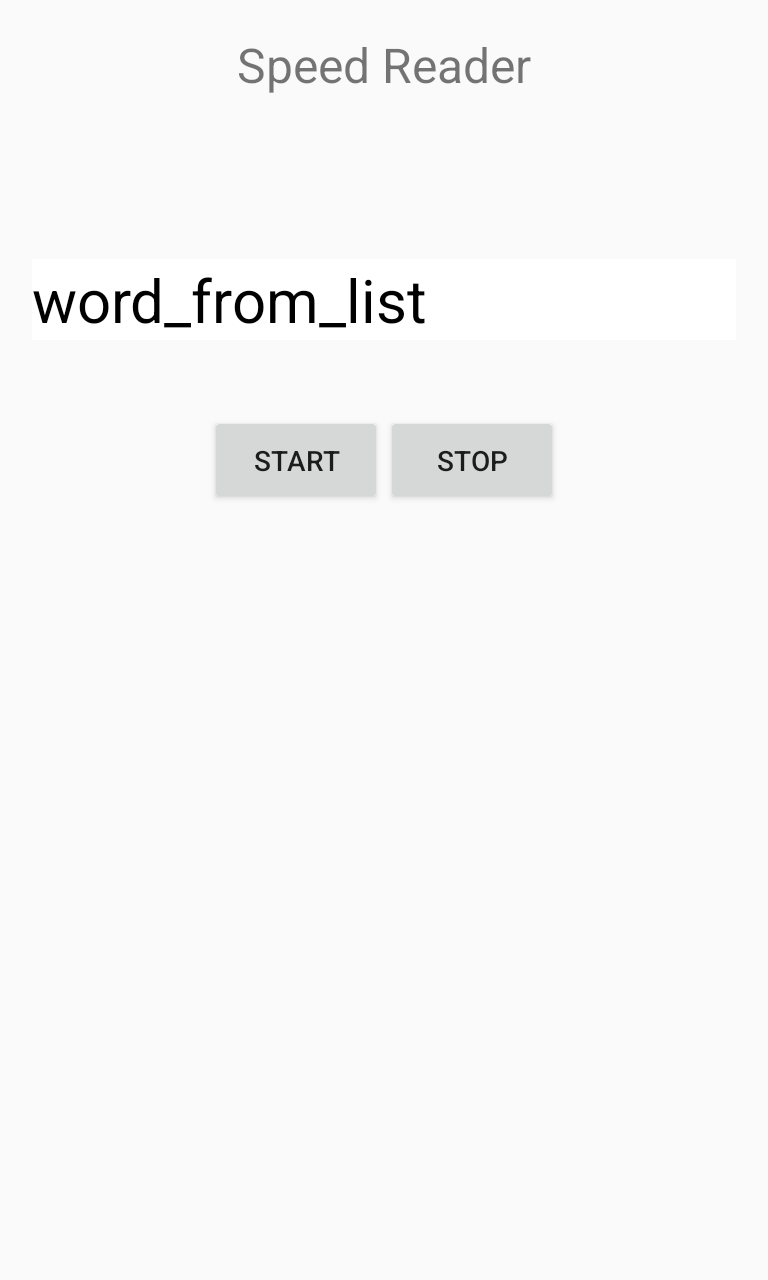
Repository: hdemby/workspace
Layout: SpeedReader/res/layout/activity_main.xml
An editor plug-in stored every save of this project. The layout is shown before and after the next save, followed by the edit.
It is drawn on a 768 x 1280 px phone screen (xhdpi) without system bars, with theme AppTheme; the app's code is not run. The app's manifest (not shown) leaves right-to-left support off. So textAlignment, textDirection and layoutDirection are ignored, and left and right values win over start and end ones.

Above is the layout before, as saved 2014-12-03 19:06:51.

### SpeedReader/res/layout/activity_main.xml
<RelativeLayout xmlns:android="http://schemas.android.com/apk/res/android"
    xmlns:tools="http://schemas.android.com/tools"
    android:layout_width="wrap_content"
    android:layout_height="wrap_content"
    android:paddingBottom="@dimen/activity_vertical_margin"
    android:paddingLeft="@dimen/activity_horizontal_margin"
    android:paddingRight="@dimen/activity_horizontal_margin"
    android:paddingTop="@dimen/activity_vertical_margin"
    tools:context="coursera.speedreader.MainActivity" >

    <LinearLayout
        android:id="@+id/linearLayout1"
        android:layout_width="wrap_content"
        android:layout_height="wrap_content"
        android:layout_centerHorizontal="true"
        android:layout_marginTop="154dp"
        android:orientation="vertical" >
    </LinearLayout>

    <LinearLayout
        android:id="@+id/linearLayout3"
        android:layout_width="wrap_content"
        android:layout_height="wrap_content"
        android:layout_alignTop="@+id/linearLayout1"
        android:layout_centerHorizontal="true"
        android:layout_marginTop="36dp" >

        <Button
            android:id="@+id/button1"
            android:layout_width="wrap_content"
            android:layout_height="wrap_content"
            android:layout_marginBottom="34dp"
            android:onClick="onStart"
            android:text="@string/start_btn" />

        <Button
            android:id="@+id/button2"
            android:layout_width="wrap_content"
            android:layout_height="wrap_content"
            android:text="@string/stop_btn" />
    </LinearLayout>

    <LinearLayout
        android:layout_width="match_parent"
        android:layout_height="wrap_content"
        android:layout_below="@+id/linearLayout3"
        android:layout_centerHorizontal="true"
        android:orientation="vertical" >

    </LinearLayout>

    <TextView
        android:id="@+id/TextView01"
        android:layout_width="match_parent"
        android:layout_height="wrap_content"
        android:layout_above="@+id/linearLayout3"
        android:layout_alignParentStart="true"
        android:layout_centerHorizontal="true"
        android:layout_toStartOf="@dimen/activity_horizontal_margin"
        android:background="#ffffffff"
        android:text="@string/window_word"
        android:textColor="#ff000000"
        android:textSize="30sp" />

    <TextView
        android:id="@+id/textView1"
        android:layout_width="wrap_content"
        android:layout_height="wrap_content"
        android:layout_alignParentTop="true"
        android:layout_centerHorizontal="true"
        android:text="@string/app_name"
        android:textSize="24sp" />

</RelativeLayout>

### SpeedReader/res/values/strings.xml
<?xml version="1.0" encoding="utf-8"?>
<resources>

    <string name="app_name">Speed Reader</string>
    <string name="hello_world">Hello world!</string>
    <string name="action_settings">Settings</string>
    <string name="window_word">word_from_list</string>
    <string name="content_text">This will be the text that is displayed word by word in the reading window.
        It will eventually be provided by reading a text file stored on the device.
        The words will be presented one at a time at a set rate of speed with an extra pause at the end
        of a sentence. I will later add controls to review wind the text to the last sentence.
        I will also be adding controls to save the text at the current point so the reader can
        resume at a later time. The ultimate version will provide feedback on reading rate,
        percentage completed and time spent reading. </string>
    <string name="start_btn">Start</string>
    <string name="stop_btn">Stop</string>
    <string name="hide_btn">Hide</string>

</resources>

Loaded but not shown: SpeedReader/res/values/styles.xml (common file); SpeedReader/res/values-v11/styles.xml (common file); SpeedReader/res/values-v14/styles.xml (common file); SpeedReader/res/values/dimens.xml (common file); SpeedReader/res/values-w820dp/dimens.xml (common file)

After the next save:
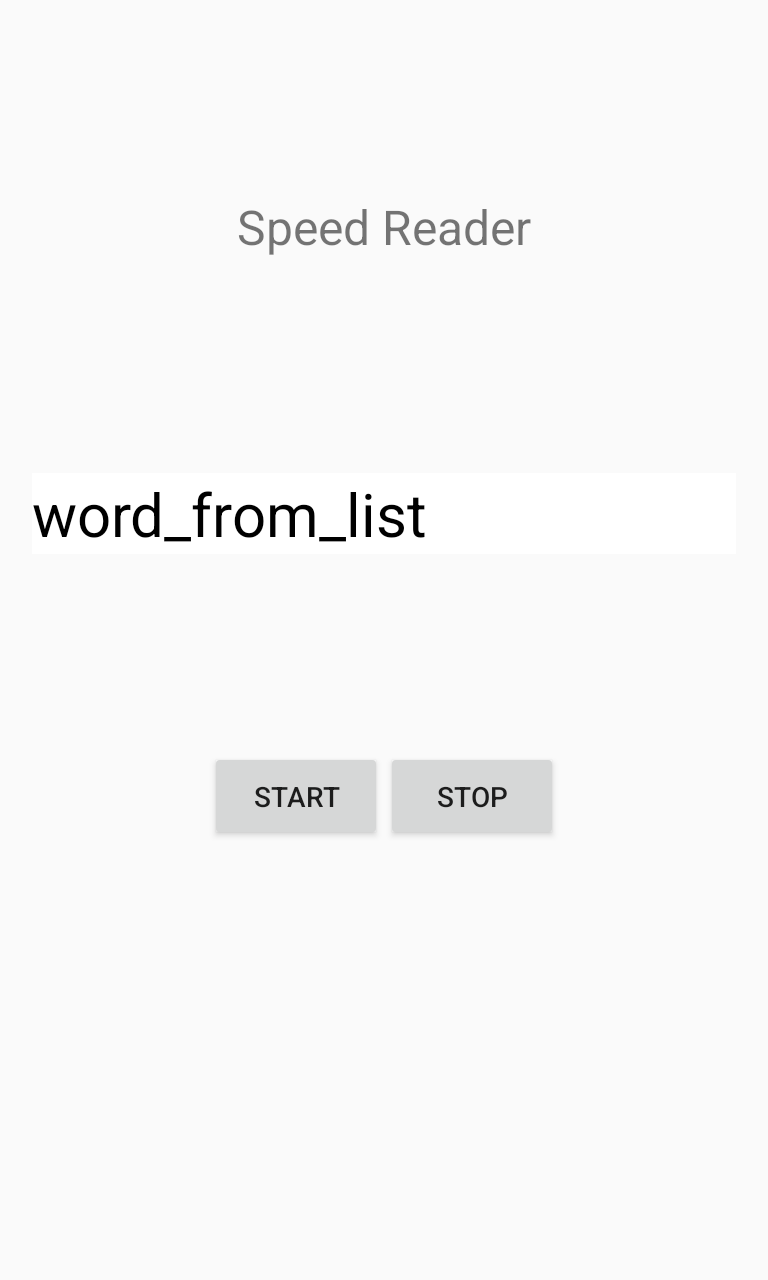
Saved 7 min 7 s later.
--- a/SpeedReader/res/layout/activity_main.xml
+++ b/SpeedReader/res/layout/activity_main.xml
@@ -9,21 +9,12 @@
     tools:context="coursera.speedreader.MainActivity" >
 
     <LinearLayout
-        android:id="@+id/linearLayout1"
-        android:layout_width="wrap_content"
-        android:layout_height="wrap_content"
-        android:layout_centerHorizontal="true"
-        android:layout_marginTop="154dp"
-        android:orientation="vertical" >
-    </LinearLayout>
-
-    <LinearLayout
         android:id="@+id/linearLayout3"
         android:layout_width="wrap_content"
         android:layout_height="wrap_content"
-        android:layout_alignTop="@+id/linearLayout1"
+        android:layout_below="@+id/TextView01"
         android:layout_centerHorizontal="true"
-        android:layout_marginTop="36dp" >
+        android:layout_marginTop="97dp" >
 
         <Button
             android:id="@+id/button1"
@@ -40,22 +31,14 @@
             android:text="@string/stop_btn" />
     </LinearLayout>
 
-    <LinearLayout
-        android:layout_width="match_parent"
-        android:layout_height="wrap_content"
-        android:layout_below="@+id/linearLayout3"
-        android:layout_centerHorizontal="true"
-        android:orientation="vertical" >
-
-    </LinearLayout>
-
     <TextView
         android:id="@+id/TextView01"
-        android:layout_width="match_parent"
+        android:layout_width="wrap_content"
         android:layout_height="wrap_content"
-        android:layout_above="@+id/linearLayout3"
+        android:layout_alignParentRight="true"
         android:layout_alignParentStart="true"
-        android:layout_centerHorizontal="true"
+        android:layout_below="@+id/textView1"
+        android:layout_marginTop="107dp"
         android:layout_toStartOf="@dimen/activity_horizontal_margin"
         android:background="#ffffffff"
         android:text="@string/window_word"
@@ -68,6 +51,7 @@
         android:layout_height="wrap_content"
         android:layout_alignParentTop="true"
         android:layout_centerHorizontal="true"
+        android:layout_marginTop="81dp"
         android:text="@string/app_name"
         android:textSize="24sp" />
 
